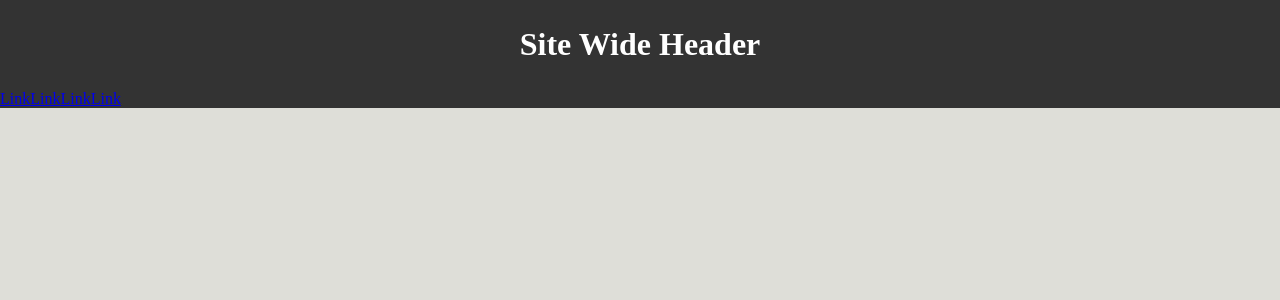
Repository: ayeza-baseer/AssignmentFlexbox
Page: assignment.html
The author's editor kept a copy of each file at every save. The page is drawn from the files as they stood at one save, then again after the next save.
The browser window is 1280 px wide. The pictures show the whole page.

Above is the page before, as saved 2023-03-17 13:39:39.

After the next save:
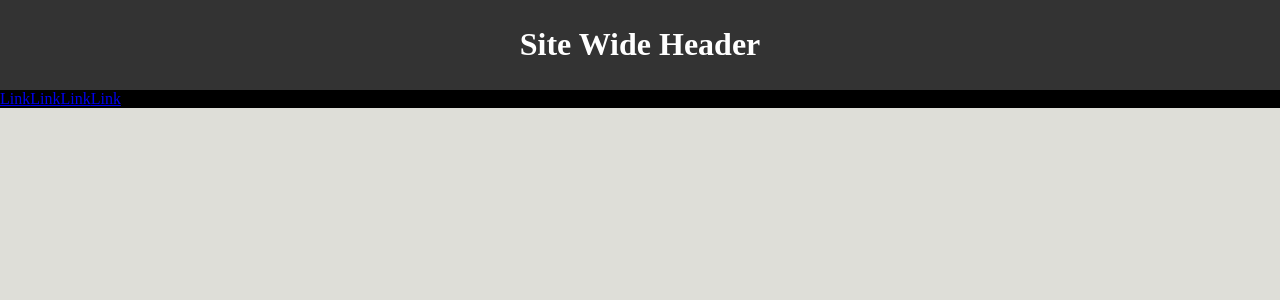
Saved 96 s later.
--- a/assignment.css
+++ b/assignment.css
@@ -15,5 +15,5 @@ body{
 
 .navbar {
     display: flex;
-    background-color: #333;
+    background-color: black
   }
